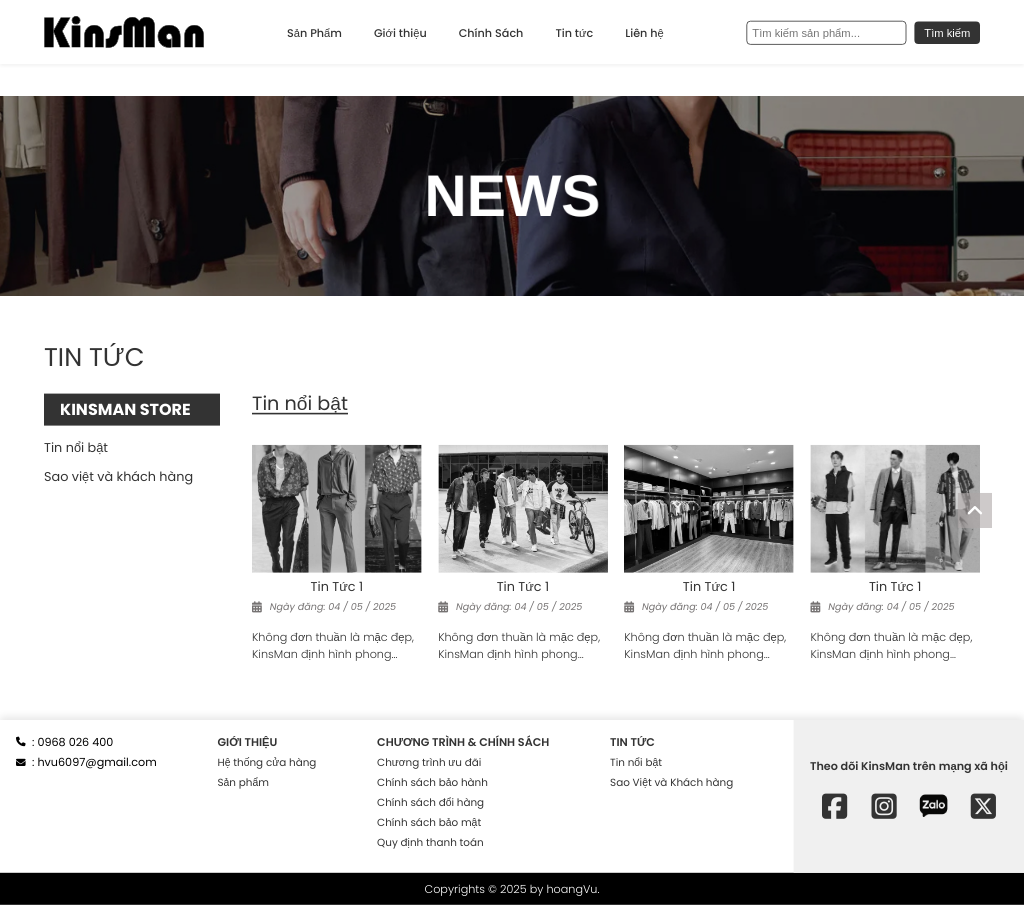
Repository: hoang28092000/kinsmanClothes
Page: category/news.html
An editor plug-in stored every save of this project. The page is shown before and after the next save, followed by the edit.
The browser window is 1280 px wide. The pictures show the whole page, at 80% of full size.

Above is the page before, as saved 2025-05-08 12:45:50.
Console error: TypeError: Cannot read properties of null (reading 'addEventListener')

### category/news.html
<!DOCTYPE html>
<html lang="en">
  <head>
    <meta charset="UTF-8" />
    <meta name="viewport" content="width=device-width, initial-scale=1.0" />
    <link rel="preconnect" href="https://fonts.googleapis.com" />
    <link rel="preconnect" href="https://fonts.gstatic.com" crossorigin />
    <link
      href="https://fonts.googleapis.com/css2?family=Poppins:ital,wght@0,100;0,200;0,300;0,400;0,500;0,600;0,700;0,800;0,900;1,100;1,200;1,300;1,400;1,500;1,600;1,700;1,800;1,900&display=swap"
      rel="stylesheet"
    />
    <link
      rel="stylesheet"
      href="https://cdnjs.cloudflare.com/ajax/libs/font-awesome/6.7.2/css/all.min.css"
      integrity="sha512-Evv84Mr4kqVGRNSgIGL/F/aIDqQb7xQ2vcrdIwxfjThSH8CSR7PBEakCr51Ck+w+/U6swU2Im1vVX0SVk9ABhg=="
      crossorigin="anonymous"
      referrerpolicy="no-referrer"
    />
    <link rel="stylesheet" href="../css/reset.css" />
    <link rel="stylesheet" href="../css/main.css" />
    <link rel="stylesheet" href="../css/product.css" />
    <title>KinsMan-Policy</title>
  </head>
  <body>
    <header class="header">
      <div class="container">
        <div class="content-header">
          <div class="logo">
            <a href="../index.html">
              <img
                src="../asset/logo/logo-kinsmann.svg"
                alt="KinsManClothes Logo"
              />
            </a>
          </div>
          <nav class="nav">
            <ul>
              <li><a href="./product.html">Sản Phẩm</a></li>
              <li><a href="./about-us.html">Giới thiệu</a></li>
              <li><a href="#">Chính Sách</a></li>
              <li><a href="./news.html">Tin tức</a></li>
              <li><a href="./contact.html">Liên hệ</a></li>
            </ul>
          </nav>
          <div class="search-box">
            <input type="text" placeholder="Tìm kiếm sản phẩm..." />
            <button type="submit">Tìm kiếm</button>
          </div>
        </div>
      </div>
    </header>

    <main class="main-news">
      <div class="banner-news">
        <img src="../asset/banner/banner-9.png" alt="" />
      </div>
      <div class="container">
        <h2 class="title-heading title-contact">TIN TỨC</h2>
        <div class="content-news">
          <div class="left">
            <h4>KINSMAN STORE</h4>
            <p>
              <a href="">Tin nổi bật</a>
            </p>
            <p>
              <a href="">Sao việt và khách hàng</a>
            </p>
          </div>
          <div class="right">
            <div class="body-news" id="">
              <h3 class="blog-heading">Tin nổi bật</h3>
              <div class="list-news">
                <article class="card-news">
                  <a href="">
                    <div class="img-news">
                        <img src="../asset/image/news-4.png" alt="" />
                    </div>
                    <h3 class="name-news"><a href="">
                        Tin Tức 1
                    </a></h3>
                  </a>
                  <div class="desc">
                    <div class="time-up">
                      <i class="fa-solid fa-calendar-days icon-time"></i>
                      <p class="desc-time">
                        Ngày đăng: 04 / 05 / 2025
                      </p>
                    </div>
                    <p class="desc_card-news">
                        Không đơn thuần là mặc đẹp, KinsMan định hình phong cách mới cho nam giới hiện đại: trẻ trung, khỏe khoắn và luôn sẵn sàng bứt phá. Từ áo thun basic đến sơ mi phối phá cách, mọi thiết kế đều hướng tới sự năng động trong từng chi tiết. Đặc biệt phù hợp với những chàng trai thích sự đơn giản nhưng vẫn “ăn điểm” trước đám đông.
                    </p>
                  </div>
                </article>
                <article class="card-news">
                  <a href="">
                    <div class="img-news">
                        <img src="../asset/image/news-2.webp" alt="" />
                    </div>
                    <h3 class="name-news"><a href="">
                        Tin Tức 1
                    </a></h3>
                  </a>
                  <div class="desc">
                    <div class="time-up">
                      <i class="fa-solid fa-calendar-days icon-time"></i>
                      <p class="desc-time">
                        Ngày đăng: 04 / 05 / 2025
                      </p>
                    </div>
                    <p class="desc_card-news">
                        Không đơn thuần là mặc đẹp, KinsMan định hình phong cách mới cho nam giới hiện đại: trẻ trung, khỏe khoắn và luôn sẵn sàng bứt phá. Từ áo thun basic đến sơ mi phối phá cách, mọi thiết kế đều hướng tới sự năng động trong từng chi tiết. Đặc biệt phù hợp với những chàng trai thích sự đơn giản nhưng vẫn “ăn điểm” trước đám đông.
                    </p>
                  </div>
                </article>
                <article class="card-news">
                  <a href="">
                    <div class="img-news">
                        <img src="../asset/image/news-3.jpg" alt="" />
                    </div>
                    <h3 class="name-news"><a href="">
                        Tin Tức 1
                    </a></h3>
                  </a>
                  <div class="desc">
                    <div class="time-up">
                      <i class="fa-solid fa-calendar-days icon-time"></i>
                      <p class="desc-time">
                        Ngày đăng: 04 / 05 / 2025
                      </p>
                    </div>
                    <p class="desc_card-news">
                        Không đơn thuần là mặc đẹp, KinsMan định hình phong cách mới cho nam giới hiện đại: trẻ trung, khỏe khoắn và luôn sẵn sàng bứt phá. Từ áo thun basic đến sơ mi phối phá cách, mọi thiết kế đều hướng tới sự năng động trong từng chi tiết. Đặc biệt phù hợp với những chàng trai thích sự đơn giản nhưng vẫn “ăn điểm” trước đám đông.
                    </p>
                  </div>
                </article>
                <article class="card-news">
                  <a href="">
                    <div class="img-news">
                        <img src="../asset/image/news-1.jpeg" alt="" />
                    </div>
                    <h3 class="name-news"><a href="">
                        Tin Tức 1
                    </a></h3>
                  </a>
                  <div class="desc">
                    <div class="time-up">
                      <i class="fa-solid fa-calendar-days icon-time"></i>
                      <p class="desc-time">
                        Ngày đăng: 04 / 05 / 2025
                      </p>
                    </div>
                    <p class="desc_card-news">
                        Không đơn thuần là mặc đẹp, KinsMan định hình phong cách mới cho nam giới hiện đại: trẻ trung, khỏe khoắn và luôn sẵn sàng bứt phá. Từ áo thun basic đến sơ mi phối phá cách, mọi thiết kế đều hướng tới sự năng động trong từng chi tiết. Đặc biệt phù hợp với những chàng trai thích sự đơn giản nhưng vẫn “ăn điểm” trước đám đông.
                    </p>
                  </div>
                </article>


              </div>
            </div>
          </div>
        </div>
      </div>
    </main>
    <footer class="footer">
      <div class="content-footer">
        <ul class="info-footer">
          <li class="contact-footer">
            <i class="fa-solid fa-phone icon-footer"></i>
            <p>: 0968 026 400</p>
          </li>
          <li class="contact-footer">
            <i class="fa-solid fa-envelope icon-footer"></i>
            <p>: hvu6097@gmail.com</p>
          </li>
        </ul>
        <ul class="info-footer">
          <li class="title-footer">GIỚI THIỆU</li>
          <li>
            <a href="./about-us.html"> Hệ thống cửa hàng </a>
          </li>
          <li>
            <a href="#"> Sản phẩm </a>
          </li>
        </ul>
        <ul class="info-footer">
          <li class="title-footer">CHƯƠNG TRÌNH & CHÍNH SÁCH</li>
          <li>
            <a href="./policy.html">Chương trình ưu đãi</a>
          </li>
          <li>
            <a href="./policy.html">Chính sách bảo hành</a>
          </li>
          <li>
            <a href="./policy.html">Chính sách đổi hàng</a>
          </li>
          <li>
            <a href="./policy.html">Chính sách bảo mật</a>
          </li>
          <li>
            <a href="./policy.html">Quy định thanh toán</a>
          </li>
        </ul>
        <ul class="info-footer">
          <li class="title-footer">TIN TỨC</li>
          <li>
            <a href="./news.html">Tin nổi bật</a>
          </li>
          <li>
            <a href="./news.html">Sao Việt và Khách hàng</a>
          </li>
        </ul>
        <ul class="footer-social">
          <li class="title-footer">Theo dõi KinsMan trên mạng xã hội</li>
          <li class="links-social">
            <a href="https://www.facebook.com/profile.php?id=100008725181742">
              <i class="fa-brands fa-square-facebook icon-social"></i>
            </a>
            <a href="https://www.instagram.com/hoagkins/"
              ><i class="fa-brands fa-square-instagram icon-social"></i
            ></a>
            <a href="zalo.me/0968026400"
              ><img
                src="../asset/icon/icon-zalo2.png"
                class="img-zalo"
                alt="ZALO"
            /></a>
            <a href="https://x.com/kinsman2809"
              ><i class="fa-brands fa-square-x-twitter icon-social"></i
            ></a>
          </li>
        </ul>
      </div>
      <div class="copy_right">
        <h3>Copyrights © 2025 by hoangVu.</h3>
      </div>
    </footer>

    <div class="up-page">
      <a href="#"><i class="fa-solid fa-angle-up icon-up"></i></a>
    </div>

    <script src="./js/main.js"></script>
  </body>
</html>

### css/product.css
.main-product {
  margin-top: 80px;
}
.banner-product {
  width: 100%;
  height: 250px;
}
.banner-product img {
  width: 100%;
  height: 100%;
}
.category-product {
  margin-bottom: 70px;
}

.list-product {
  display: flex;
  justify-content: space-between;
  align-items: center;
  gap: 30px;
}
.product-link {
  text-decoration: none;
}
.product-card {
  width: 288px;
}
.img-product {
  width: 100%;
  height: 290px;
  overflow: hidden;
}
.img-product img {
  width: 100%;
  height: 100%;
  transition: transform 0.3s ease;
}
.img-product img:hover {
  transform: scale(1.1);
}
.info-card {
  padding: 10px 20px;
}
.info-card h3 {
  text-align: center;
  font-size: 1.6rem;
  color: var(--text-color);
}
.price {
  font-size: 1.4rem;
  color: var(--primary-color);
  font-weight: 600;
  text-align: center;
  margin-top: 8px;
}
.more-product {
  width: 160px;
  height: 40px;
  display: flex;
  justify-content: center;
  align-items: center;
  margin: 30px auto 0;
  background-color: #333;
  color: #fff;
  text-decoration: none;
  font-size: 1.4rem;
  border: 1px solid #333;
  transition: all 0.7s ease;
  border-radius: 5px;
}
.more-product:hover {
  background-color: #fff;
  color: #333;
}
.banner-main_second {
  width: 100%;
  height: 250px;
}

.banner-main_second img {
  width: 100%;
  height: 100%;
}

/* main_about-us */
.main-news,
.main-contact,
.main-policy,
.main_about-us {
  margin-top: 120px;
}
.content-policy .passage,
.content_about-us .passage {
  margin-bottom: 32px;
}
.content-policy h3,
.content_about-us h3 {
  font-size: 1.8rem;
  font-weight: 500;
  color: var(--text-color);
  line-height: 1.76;
  margin-bottom: 12px;
}
.content-policy p,
.content_about-us p {
  font-size: 1.6rem;
  color: #333;
  line-height: 1.85;
  margin-bottom: 10px;
  text-align: justify;
}

.map {
  position: relative;
  width: 100%;
  height: 400px;
  margin-top: 40px;
}
.map a {
  text-decoration: none;
}
.map img {
  width: 100%;
  height: 100%;
  object-fit: cover;
}
.overlay-map {
  position: absolute;
  top: 0;
  bottom: 0;
  right: 0;
  left: 0;
  display: none;
  background-color: rgba(73, 71, 71, 0.4);
}
.overlay-map h3 {
  font-size: 2.8rem;
  color: #fff;
}

.map:hover .overlay-map {
  display: flex;
  justify-content: center;
  align-items: center;
}

/* policy */
.content-policy ul {
  padding-left: 30px;
  list-style-type: disc;
}
.content-policy li {
  font-size: 1.6rem;
  color: #333;
  margin-bottom: 16px;
}
/* contact */
.banner-contact {
  width: 100%;
  height: 250px;
}
.banner-contact img {
  width: 100%;
  height: 100%;
  object-fit: cover;
}
.content-contact {
  margin-top: 70px;
}
.info-contact {
  display: flex;
  justify-content: space-between;
  align-items: center;
  gap: 60px;
}
.info-contact .left,
.info-contact .right {
  width: 550px;
}
.info-contact .left {
  padding: 20px 0;
}
.item-contact {
  display: flex;
  align-items: center;
  gap: 10px;
  margin-bottom: 20px;
}
.item-contact:last-child {
  margin-bottom: 0;
}
.item-contact i {
  font-size: 1.6rem;
  color: #333;
}
.item-contact p {
  font-size: 1.6rem;
  font-weight: 300;
  color: #333;
}

.info-contact .right img {
  width: 100%;
}
.map-contact {
  height: 250px;
}
.title-contact {
  text-align: start;
  margin-bottom: 30px;
}

/* news */
.banner-news {
  width: 100%;
  height: 250px;
  margin-bottom: 60px;
}
.banner-news img {
  width: 100%;
  height: 100%;
  object-fit: cover;
}
.content-news {
  display: flex;
  justify-content: space-between;
}
.content-news .left {
  width: 220px;
}

.content-news .left h4 {
  width: 100%;
  font-size: 2rem;
  color: #fff;
  font-weight: 700;
  background-color: #333;
  padding: 10px 20px;
  margin-bottom: 20px;
}
.content-news .left p {
  margin-bottom: 20px;
}
.content-news .left a {
  text-decoration: none;
  font-size: 1.6rem;
  color: #333;
}
.content-news .left a:hover {
  text-decoration: underline;
}

.content-news .right {
  flex: 1;
  margin-left: 40px;
}
.blog-heading {
  font-size: 2.4rem;
  color: #333;
  text-decoration: underline;
  text-underline-offset: 4px;
  text-decoration-thickness: 2px;
  margin-bottom: 40px;
}
.list-news {
  display: grid;
  grid-template-columns: repeat(4, 212px);
  gap: 20px;
}
.list-news .card-news {
  width: 100%;
}

.list-news .img-news {
  width: 100%;
  height: 160px;
  overflow: hidden;
}
.list-news .img-news img {
  width: 100%;
  height: 100%;
  object-fit: cover;
  transition: transform 0.3s ease;
}
.list-news .img-news img:hover {
  transform: scale(1.1);
}
.name-news {
  text-align: center;
  padding: 10px;
}
.name-news a {
  font-size: 1.6rem;
  color: #333;
  text-decoration: none;
}

.name-news a:hover {
  color: var(--primary-color);
}
.time-up {
  display: flex;
  align-items: center;
  gap: 10px;
  margin-bottom: 20px;
}
.icon-time {
  font-size: 1.4rem;
  color: #757272;
}
.desc-time {
  font-style: italic;
  color: #757272;
  font-size: 1.2rem;
}
.desc_card-news {
  display: -webkit-box;
  -webkit-line-clamp: 2;
  -webkit-box-orient: vertical;
  overflow: hidden;
  text-overflow: ellipsis;
  font-size: 1.4rem;
  color: #333;
  font-weight: 300;
  line-height: 1.57;
}

Loaded but not shown: css/reset.css (common file); js/main.js (19 lines, source omitted); css/main.css (480 lines, source omitted)

After the next save:
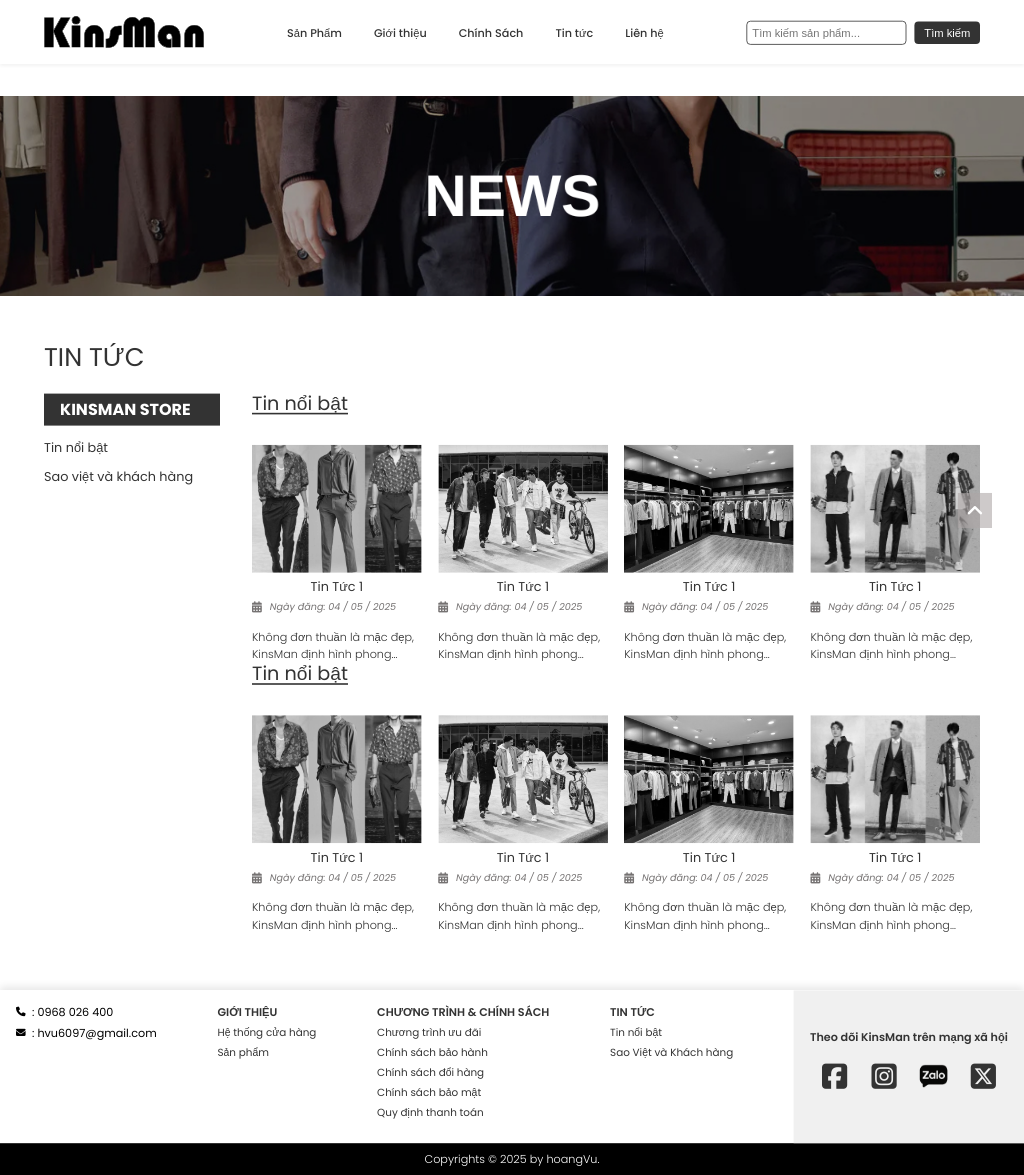
Saved 10 s later.
--- a/category/news.html
+++ b/category/news.html
@@ -158,6 +158,97 @@
 
               </div>
             </div>
+            <div class="body-news" id="">
+              <h3 class="blog-heading">Tin nổi bật</h3>
+              <div class="list-news">
+                <article class="card-news">
+                  <a href="">
+                    <div class="img-news">
+                        <img src="../asset/image/news-4.png" alt="" />
+                    </div>
+                    <h3 class="name-news"><a href="">
+                        Tin Tức 1
+                    </a></h3>
+                  </a>
+                  <div class="desc">
+                    <div class="time-up">
+                      <i class="fa-solid fa-calendar-days icon-time"></i>
+                      <p class="desc-time">
+                        Ngày đăng: 04 / 05 / 2025
+                      </p>
+                    </div>
+                    <p class="desc_card-news">
+                        Không đơn thuần là mặc đẹp, KinsMan định hình phong cách mới cho nam giới hiện đại: trẻ trung, khỏe khoắn và luôn sẵn sàng bứt phá. Từ áo thun basic đến sơ mi phối phá cách, mọi thiết kế đều hướng tới sự năng động trong từng chi tiết. Đặc biệt phù hợp với những chàng trai thích sự đơn giản nhưng vẫn “ăn điểm” trước đám đông.
+                    </p>
+                  </div>
+                </article>
+                <article class="card-news">
+                  <a href="">
+                    <div class="img-news">
+                        <img src="../asset/image/news-2.webp" alt="" />
+                    </div>
+                    <h3 class="name-news"><a href="">
+                        Tin Tức 1
+                    </a></h3>
+                  </a>
+                  <div class="desc">
+                    <div class="time-up">
+                      <i class="fa-solid fa-calendar-days icon-time"></i>
+                      <p class="desc-time">
+                        Ngày đăng: 04 / 05 / 2025
+                      </p>
+                    </div>
+                    <p class="desc_card-news">
+                        Không đơn thuần là mặc đẹp, KinsMan định hình phong cách mới cho nam giới hiện đại: trẻ trung, khỏe khoắn và luôn sẵn sàng bứt phá. Từ áo thun basic đến sơ mi phối phá cách, mọi thiết kế đều hướng tới sự năng động trong từng chi tiết. Đặc biệt phù hợp với những chàng trai thích sự đơn giản nhưng vẫn “ăn điểm” trước đám đông.
+                    </p>
+                  </div>
+                </article>
+                <article class="card-news">
+                  <a href="">
+                    <div class="img-news">
+                        <img src="../asset/image/news-3.jpg" alt="" />
+                    </div>
+                    <h3 class="name-news"><a href="">
+                        Tin Tức 1
+                    </a></h3>
+                  </a>
+                  <div class="desc">
+                    <div class="time-up">
+                      <i class="fa-solid fa-calendar-days icon-time"></i>
+                      <p class="desc-time">
+                        Ngày đăng: 04 / 05 / 2025
+                      </p>
+                    </div>
+                    <p class="desc_card-news">
+                        Không đơn thuần là mặc đẹp, KinsMan định hình phong cách mới cho nam giới hiện đại: trẻ trung, khỏe khoắn và luôn sẵn sàng bứt phá. Từ áo thun basic đến sơ mi phối phá cách, mọi thiết kế đều hướng tới sự năng động trong từng chi tiết. Đặc biệt phù hợp với những chàng trai thích sự đơn giản nhưng vẫn “ăn điểm” trước đám đông.
+                    </p>
+                  </div>
+                </article>
+                <article class="card-news">
+                  <a href="">
+                    <div class="img-news">
+                        <img src="../asset/image/news-1.jpeg" alt="" />
+                    </div>
+                    <h3 class="name-news"><a href="">
+                        Tin Tức 1
+                    </a></h3>
+                  </a>
+                  <div class="desc">
+                    <div class="time-up">
+                      <i class="fa-solid fa-calendar-days icon-time"></i>
+                      <p class="desc-time">
+                        Ngày đăng: 04 / 05 / 2025
+                      </p>
+                    </div>
+                    <p class="desc_card-news">
+                        Không đơn thuần là mặc đẹp, KinsMan định hình phong cách mới cho nam giới hiện đại: trẻ trung, khỏe khoắn và luôn sẵn sàng bứt phá. Từ áo thun basic đến sơ mi phối phá cách, mọi thiết kế đều hướng tới sự năng động trong từng chi tiết. Đặc biệt phù hợp với những chàng trai thích sự đơn giản nhưng vẫn “ăn điểm” trước đám đông.
+                    </p>
+                  </div>
+                </article>
+
+
+              </div>
+            </div>
           </div>
         </div>
       </div>
